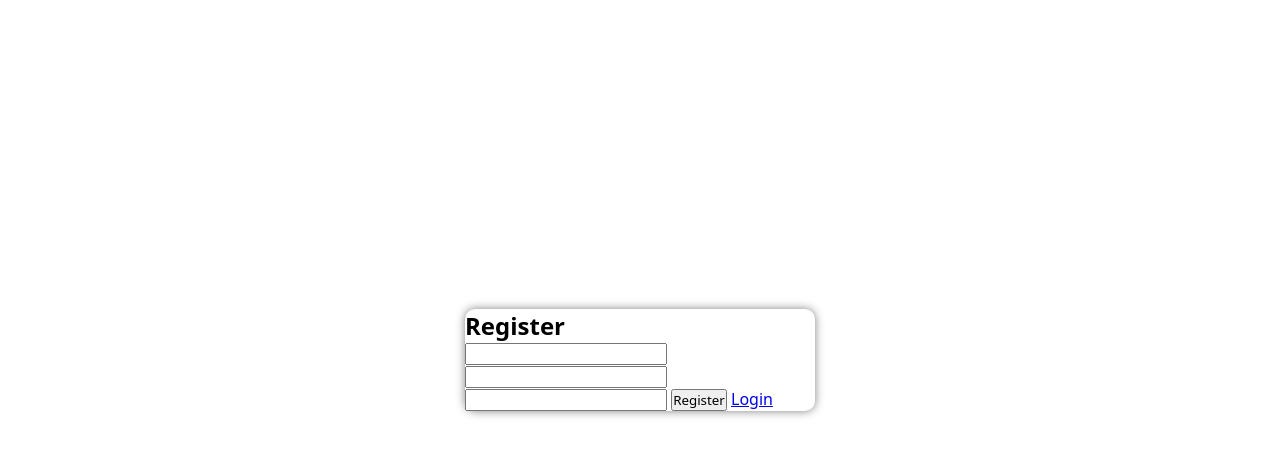
Repository: SanjaySokal/learn-java
Page: http://localhost/ServletProject/home.jsp
These files come from the project's save history. The page is drawn as it stood at one moment and after the next save; the edit follows.
The browser window is 1280 px wide. The pictures show the whole page.
The page is served by Tomcat 9. Other server files are loaded and not shown.

Above is the page before, as saved 2023-09-09 03:08:22.

### ServletProject/src/main/webapp/home.jsp
<%@ page language="java" contentType="text/html; charset=UTF-8"
    pageEncoding="UTF-8"%>
<!DOCTYPE html>
<html>
<head>
	<meta charset="UTF-8">
	<title>Register</title>
	<link rel="stylesheet" href="style.css">
</head>
<body>
	<div class="body-center">
		<form method="post" action="register">
			<h2>Register</h2>
			<input type="text" name="name" required>
			<input type="email" name="email" required>
			<input type="password" name="password" required>
			<button type="submit">Register</button>
			<a href="login.jsp">Login</a>
		</form>
	</div>
</body>
</html>

### ServletProject/src/main/webapp/style.css
@charset "UTF-8";
* {
	margin: 0;
	padding: 0;
	box-sizing: border-box;
	font-family: system-ui, -apple-system, BlinkMacSystemFont, 'Segoe UI', Roboto, Oxygen, Ubuntu, Cantarell, 'Open Sans', 'Helvetica Neue', sans-serif;
}

.body-center {
	display: flex;
	align-items: center;
	justify-content: center;
	height: 100vh;
}

form {
	max-width: 350px;
	border-radius: 10px;
	box-shadow: 0 0 10px rgba(0, 0, 0, 0.5);
}

After the next save:
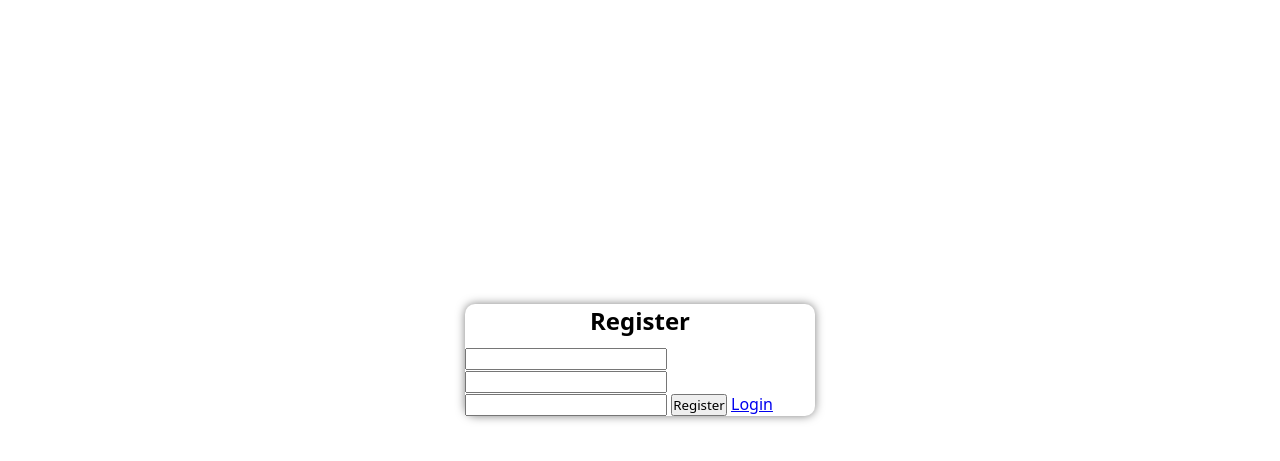
Saved 36 s later.
--- a/ServletProject/src/main/webapp/style.css
+++ b/ServletProject/src/main/webapp/style.css
@@ -18,3 +18,8 @@
 	border-radius: 10px;
 	box-shadow: 0 0 10px rgba(0, 0, 0, 0.5);
 }
+
+form h2 {
+	text-align: center;
+	margin-bottom: 10px;
+}
